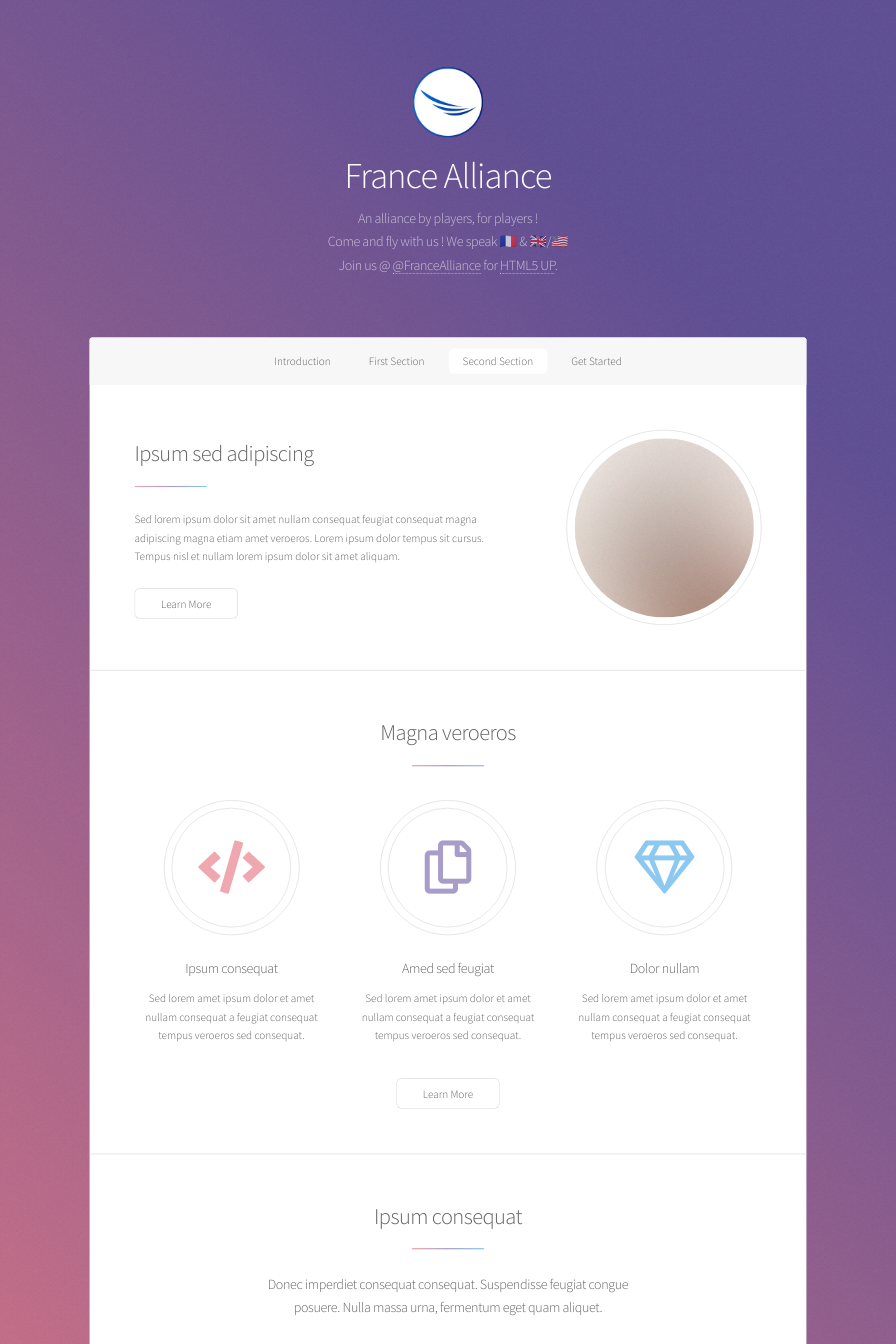
Repository: France-Alliance/France-Alliance.github.io
Page: index.html
The author's editor kept a copy of each file at every save. The page is drawn from the files as they stood at one save, then again after the next save.
The browser window is 1280 px wide. The pictures show the part of the page from y = 0 to 1920 px (the page is 3326 px tall before and 3359 px after), at 70% of full size.

Above is the page before, as saved 2021-04-05 21:53:48.

After the next save:
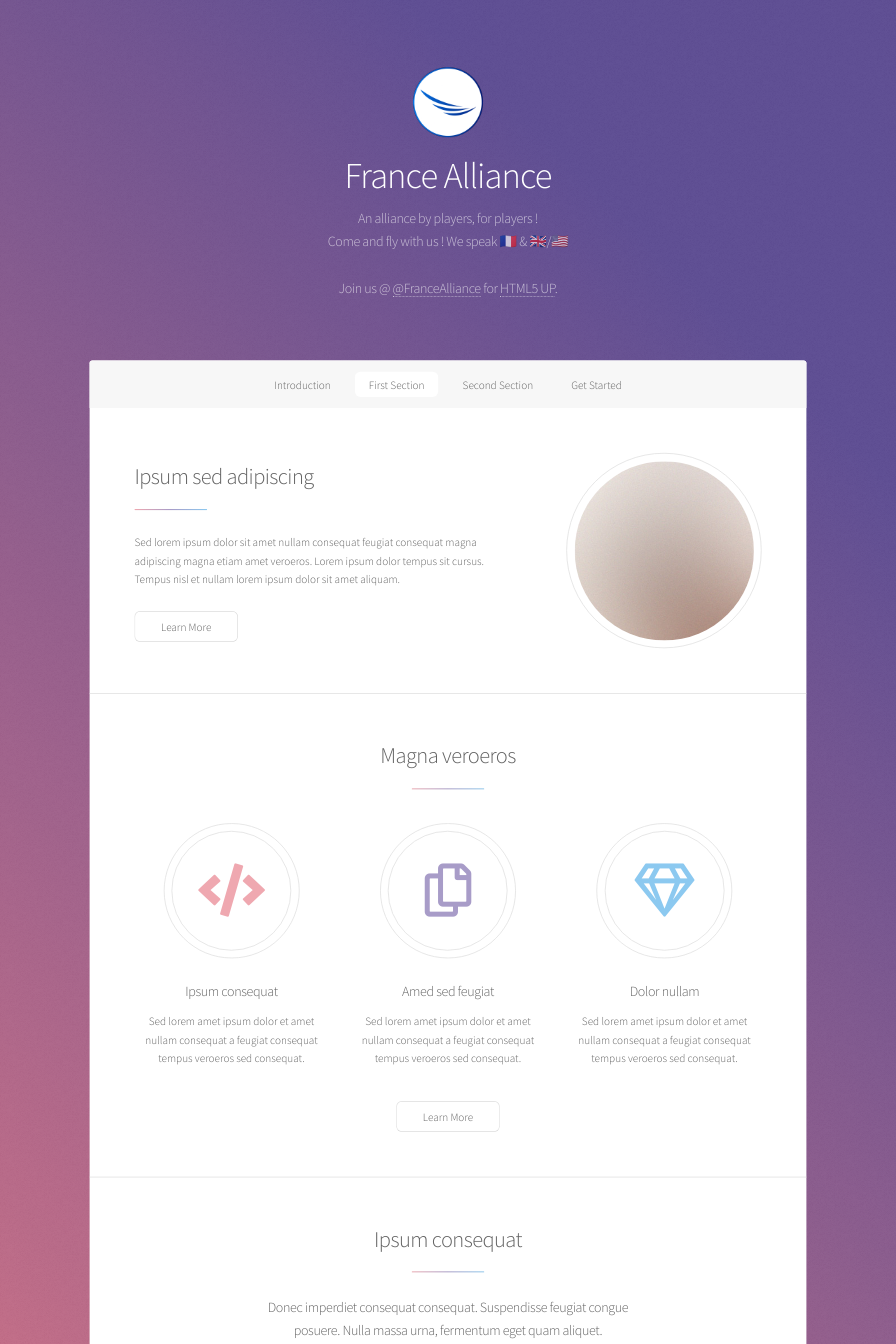
Saved 11 s later.
--- a/index.html
+++ b/index.html
@@ -23,7 +23,7 @@
 						<h1>France Alliance</h1>
 						<p>An alliance by players, for players !<br>
 						Come and fly with us ! We speak 🇫🇷 & 🇬🇧/🇺🇸<br>
-						Join us @ <a href="https://twitter.com/FranceAlliance">@FranceAlliance</a> for <a href="https://html5up.net">HTML5 UP</a>.</p>
+						<br>Join us @ <a href="https://twitter.com/FranceAlliance">@FranceAlliance</a> for <a href="https://html5up.net">HTML5 UP</a>.</p>
 					</header>
 
 				<!-- Nav -->
